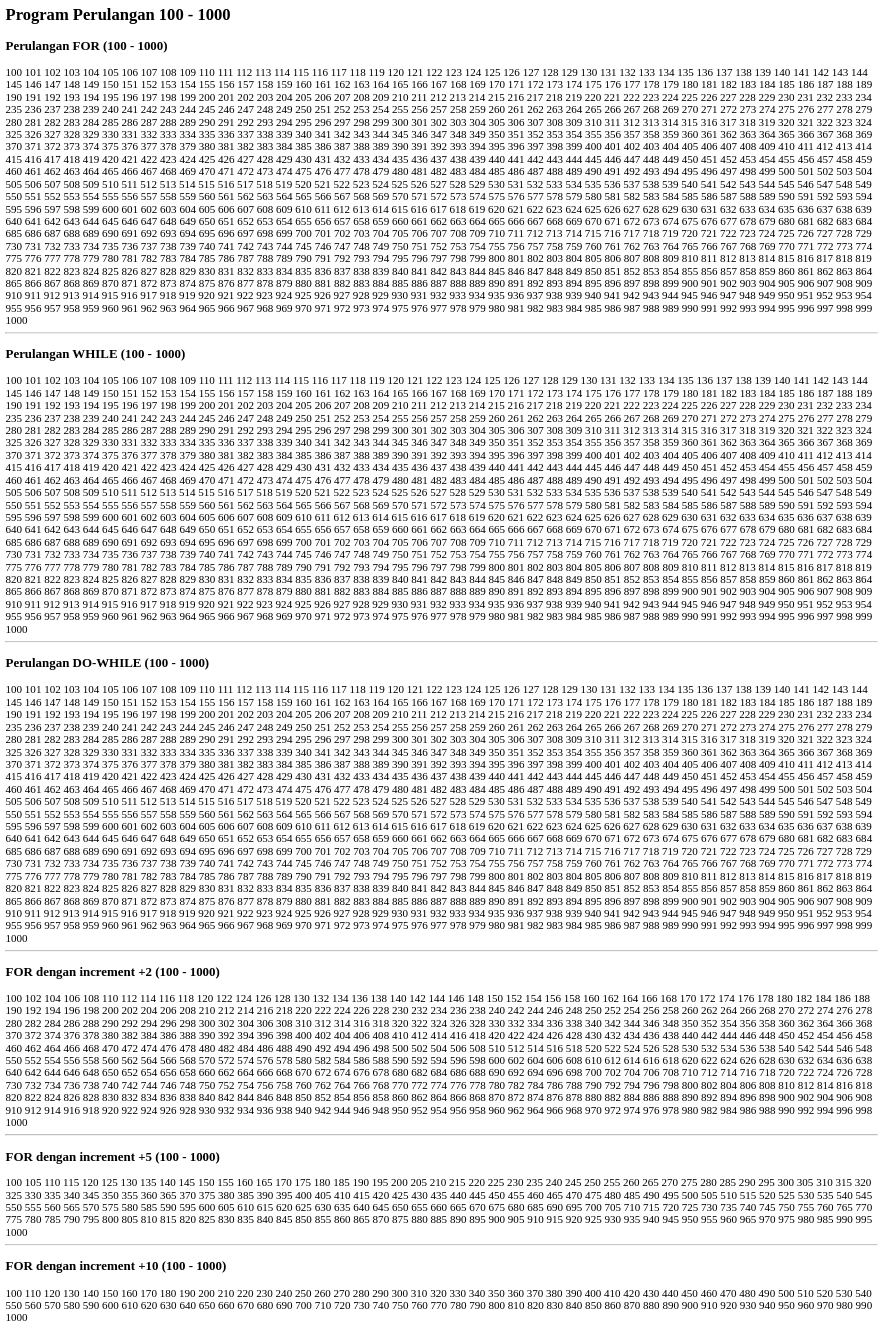
Repository: Bearli-py/latihan_PHP
Page: http://localhost/tugas_php3.php
An editor plug-in stored every save of this project. The page is shown before and after the next save, followed by the edit.
The browser window is 1280 px wide. The pictures show the whole page, at 69% of full size.
The page is run by PHP 8.4 with error messages shown; the project is at /var/www/html/.

Above is the page before, as saved 2025-09-30 13:55:30.

After the next save:
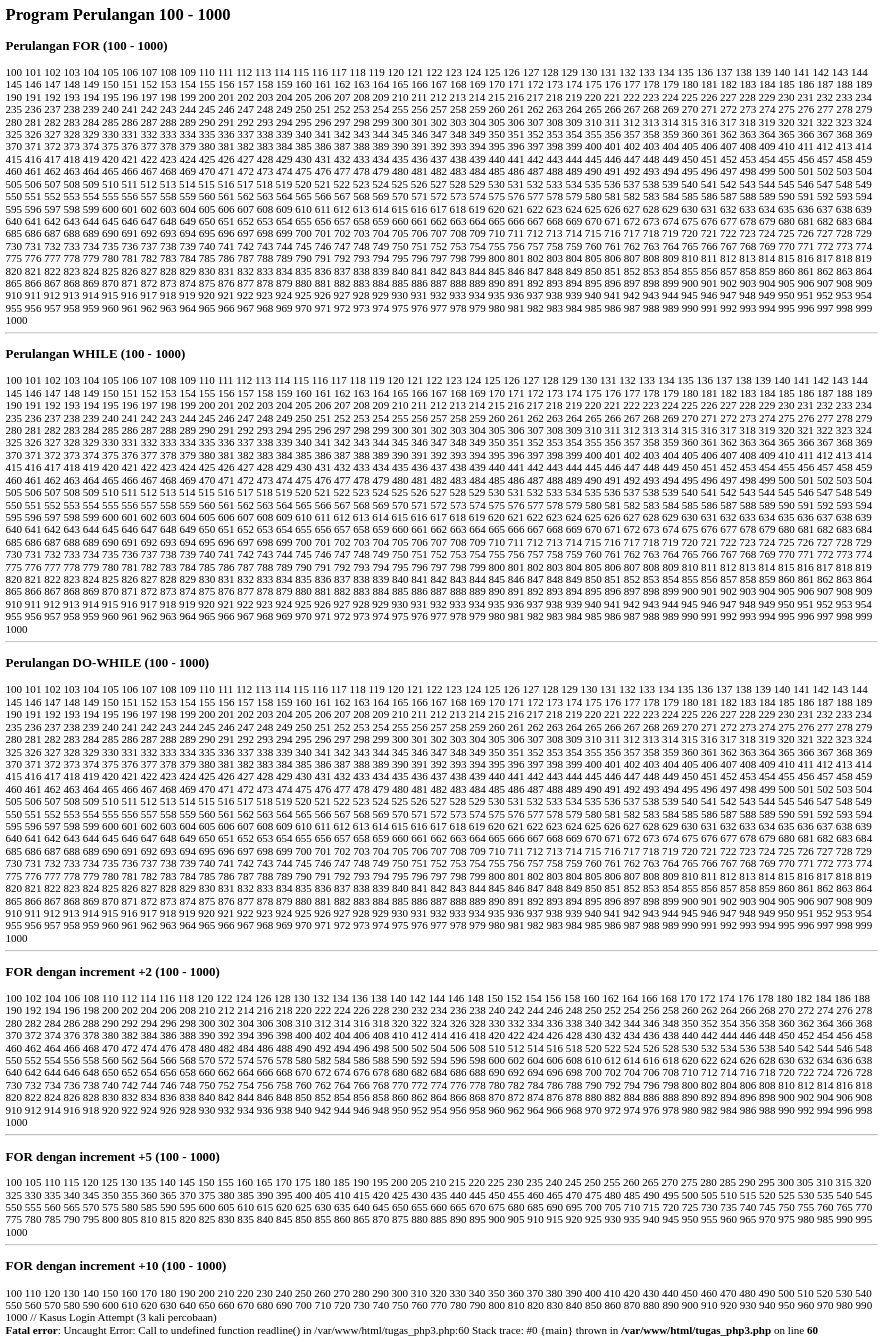
Saved 5 min 15 s later.
--- a/tugas_php3.php
+++ b/tugas_php3.php
@@ -49,3 +49,59 @@ for($o = 100; $o <= 1000; $o+=10) {
     echo $o . " ";
 }
 ?>
+
+
+// Kasus Login Attempt (3 kali percobaan)
+<?php
+$password_benar = "12345";
+$percobaan = 0;
+
+while($percobaan < 3) {
+    $input = readline("Masukkan password: "); // di terminal / CLI
+    if($input == $password_benar) {
+        echo "Login berhasil!\n";
+        break; // keluar loop kalau benar
+    } else {
+        echo "Password salah!\n";
+    }
+    $percobaan++;
+}
+
+if($percobaan == 3) {
+    echo "Akun terkunci. Terlalu banyak percobaan.\n";
+}
+?>
+
+// Kasus Menampilkan Daftar Produk (dari array/database)
+<?php
+$produk = [
+    ["nama" => "Kopi Hitam", "kategori" => "Minuman"],
+    ["nama" => "Roti Bakar", "kategori" => "Makanan"],
+    ["nama" => "Teh Manis", "kategori" => "Minuman"],
+    ["nama" => "Mie Goreng", "kategori" => "Makanan"]
+];
+
+echo "<h3>Daftar Produk Minuman:</h3>";
+foreach($produk as $item) {
+    if($item["kategori"] == "Minuman") {
+        echo "- " . $item["nama"] . "<br>";
+    }
+}
+?>
+
+// Kasus Menghitung Total Belanja
+<?php
+$keranjang = [10000, 20000, 15000, 5000]; // harga barang
+$total = 0;
+
+foreach($keranjang as $harga) {
+    $total += $harga;
+}
+
+if($total > 50000) {
+    echo "Total belanja: Rp " . $total . "<br>";
+    echo "Anda dapat diskon 10%!<br>";
+    $total = $total - ($total * 0.1);
+}
+echo "Total yang harus dibayar: Rp " . $total;
+?>
